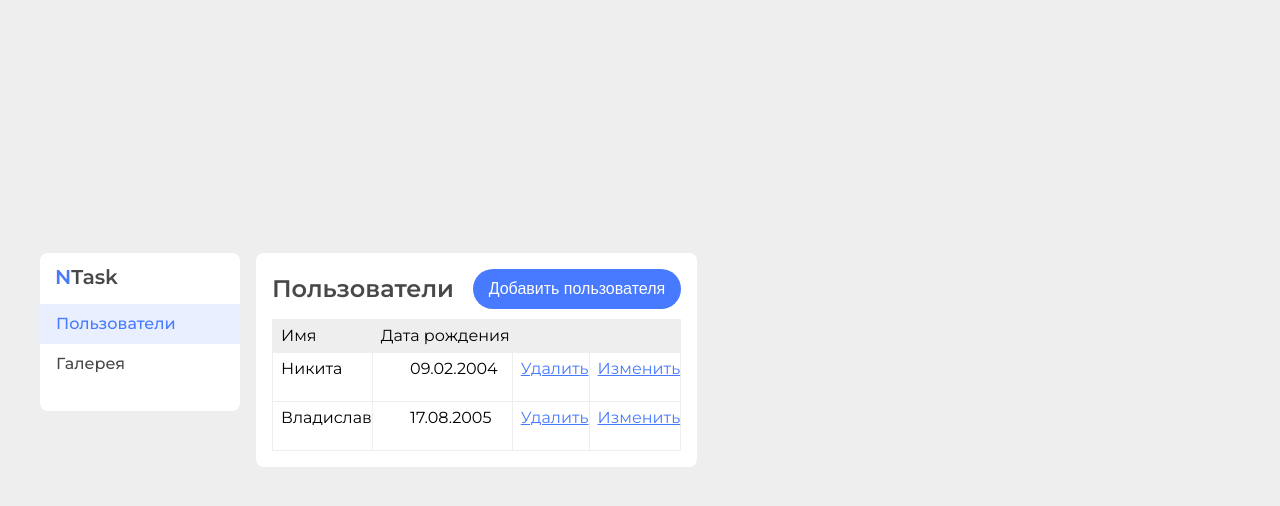
Repository: Grid-Master/NTask
Page: /gallery
An editor plug-in stored every save of this project. The page is shown before and after the next save, followed by the edit.
The browser window is 1280 px wide. The pictures show the whole page.
The project was rebuilt for these pictures with package versions that can differ from the ones it lists, and the page was loaded fresh each time. Also part of the build but not shown: src/components/gallery/gallery.sass, src/components/gallery/Gallery.tsx, src/components/updateUser/updateUser.sass, src/components/updateUser/UpdateUser.tsx.

Above is the page before, as saved 2023-06-09 19:49:00.

### public/index.html
<!DOCTYPE html>
<html lang="en">
  <head>
    <meta charset="utf-8" />
    <link rel="icon" href="%PUBLIC_URL%/favicon.ico" />
    <meta name="viewport" content="width=device-width, initial-scale=1" />
    <meta name="theme-color" content="#000000" />
    <meta name="description" content="Web site created using create-react-app" />
    <link rel="apple-touch-icon" href="%PUBLIC_URL%/logo192.png" />
    <link rel="preconnect" href="https://fonts.googleapis.com" />
    <link rel="preconnect" href="https://fonts.gstatic.com" crossorigin />
    <link
      href="https://fonts.googleapis.com/css2?family=Montserrat:wght@300;400;500;600;700&display=swap"
      rel="stylesheet" />
    <link rel="manifest" href="%PUBLIC_URL%/manifest.json" />
    <title>React App</title>
  </head>
  <body>
    <noscript>You need to enable JavaScript to run this app.</noscript>
    <div id="root"></div>
  </body>
</html>

### src/index.tsx
import React from 'react';
import ReactDOM from 'react-dom/client';
import { Provider } from 'react-redux';
import './index.css';
import App from './App';
import { BrowserRouter } from 'react-router-dom';
import store from './store';

const root = ReactDOM.createRoot(document.getElementById('root') as HTMLElement);
root.render(
  <React.StrictMode>
    <BrowserRouter>
      <Provider store={store}>
        <App />
      </Provider>
    </BrowserRouter>
  </React.StrictMode>,
);

### src/index.css
html, body, div, span, applet, object, iframe,
h1, h2, h3, h4, h5, h6, p, blockquote, pre,
a, abbr, acronym, address, big, cite, code,
del, dfn, em, img, ins, kbd, q, s, samp,
small, strike, strong, sub, sup, tt, var,
b, u, i, center,
dl, dt, dd, ol, ul, li,
fieldset, form, label, legend,
table, caption, tbody, tfoot, thead, tr, th, td,
article, aside, canvas, details, embed,
figure, figcaption, footer, header, hgroup,
menu, nav, output, ruby, section, summary,
time, mark, audio, video {
	margin: 0;
	padding: 0;
	border: 0;
	font-size: 100%;
	font: inherit;
	vertical-align: baseline;
}
/* HTML5 display-role reset for older browsers */
article, aside, details, figcaption, figure,
footer, header, hgroup, menu, nav, section {
	display: block;
}
body {
	line-height: 1;
}
ol, ul {
	list-style: none;
}
blockquote, q {
	quotes: none;
}
blockquote:before, blockquote:after,
q:before, q:after {
	content: '';
	content: none;
}
table {
	border-collapse: collapse;
}
body {
  margin: 0;
  font-family: Montserrat;
  background: #EEEEEE;
;
}
input {
	font-family: Montserrat;
}

#root {
	display: flex;
	align-items: center;
	justify-content: center;
	height: 100vh;
}

code {
  font-family: source-code-pro, Menlo, Monaco, Consolas, 'Courier New',
    monospace;
}

### src/App.tsx
import './App.css';
import { FC, useEffect } from 'react';
import Navbar from './components/navabar/Navbar';
import UserList from './components/userList/UserList';
import { Routes, Route, useNavigate } from 'react-router-dom';
import Gallery from './components/gallery/Gallery';
import UpdateUser from './components/updateUser/UpdateUser';

const App: FC = () => {
  const navigate = useNavigate();
  useEffect(() => {
    navigate('/NTask/users');
  }, []);

  return (
    <div className="App">
      <Navbar />
      <Routes>
        <Route path="/NTask/users" element={<UserList />} />
        <Route path="/NTask/users/:id" element={<UpdateUser />} />
        <Route path="/NTask/gallery" element={<Gallery />} />
        <Route path="*" element={<h1>Error</h1>} />
      </Routes>
    </div>
  );
};

export default App;

### src/store/index.ts
import { configureStore } from '@reduxjs/toolkit';
import usersReducer from './usersSlice';
import galleryReducer from './gallerySlice';

const store = configureStore({
  reducer: { usersReducer, galleryReducer },
});

export default store;

export type RootState = ReturnType<typeof store.getState>;
export type AppDispatch = typeof store.dispatch;

### src/App.css
.App {

  width: 100%;
  display: flex;
  align-items:start;
  gap: 16px;
  max-width: 1200px;
  margin: 0 auto;
}

@media screen and (max-width: 1200px) {
  .App {
    flex-direction: column;
    max-width: 1000px;
  }
}
@media screen and (max-width: 1000px) {
  .App {
    max-width: 600px;
    padding: 16px;
  }
}
@media screen and (max-width: 600px) {
  .App {
    max-width: calc(320px - 32px);
  }
}

### src/components/navabar/Navbar.tsx
import { FC } from 'react';
import './navbar.sass';
import { useNavigate, useLocation } from 'react-router-dom';
const logo = require('../../images/logo.png');

const Navbar: FC = () => {
  const navigate = useNavigate();
  const { pathname } = useLocation();

  return (
    <div className="navbar">
      <div className="navbar__imagecontainer">
        <img src={logo} alt="logo" />
      </div>
      <div
        className={pathname.includes('/users') ? 'navbar__item navbar__active' : 'navbar__item'}
        onClick={() => navigate('/NTask/users')}>
        Пользователи
      </div>
      <div
        className={pathname.includes('/gallery') ? 'navbar__item navbar__active' : 'navbar__item'}
        onClick={() => navigate('/NTask/gallery')}>
        Галерея
      </div>
    </div>
  );
};

export default Navbar;

### src/components/userList/UserList.tsx
import React, { FC } from 'react';
import { useNavigate } from 'react-router-dom';
import './userList.sass';
import { useAppDispatch, useAppSelector } from '../../store/hooks';
import { removeUser } from '../../store/usersSlice';

const UserList: FC = () => {
  const navigate = useNavigate();
  const users = useAppSelector((state) => state.usersReducer.users);
  const dispatch = useAppDispatch();

  const updateHandler = (router: string) => {
    navigate(router);
    window.scrollTo(0, 0);
  };

  const deleteHandler = (id: number) => {
    dispatch(removeUser(id));
  };

  return (
    <div className="userList">
      <div>
        <h1 className="userList__title">Пользователи</h1>
        <button className="userList__addUserBtn" onClick={() => updateHandler('createuser')}>
          Добавить пользователя
        </button>
      </div>
      <table className="userList__table">
        <tr className="userList__table-info">
          <td>Имя</td>
          <td>Дата рождения</td>
          <td></td>
          <td></td>
        </tr>
        {users.map((user) => (
          <tr key={user.id}>
            <td>{user.name}</td>
            <td>&nbsp; &nbsp; &nbsp; &nbsp;{user.date} &nbsp; &nbsp; &nbsp; &nbsp;</td>
            <td className="userList__table-btn" onClick={() => deleteHandler(user.id)}>
              Удалить
            </td>
            <td className="userList__table-btn" onClick={() => updateHandler(`${user.id}`)}>
              Изменить
            </td>
          </tr>
        ))}
      </table>
    </div>
  );
};

export default UserList;

### src/store/usersSlice.ts
import { createSlice, PayloadAction } from '@reduxjs/toolkit';
import { users } from '../data/users';

export interface IUser {
  id: number;
  name: string;
  date: string;
}

const usersSlice = createSlice({
  name: 'users',
  initialState: {
    users: [...users] as IUser[],
  },
  reducers: {
    addUser(state, action: PayloadAction<IUser>) {
      state.users.push(action.payload);
    },
    updateUser(state, action: PayloadAction<IUser>) {
      let updateUser = state.users.find((user) => user.id === action.payload.id);
      if (updateUser) {
        updateUser.name = action.payload.name;
        updateUser.date = action.payload.date;
      }
      state.users = state.users.map((user) => (user.id === updateUser?.id ? updateUser : user));
    },
    removeUser(state, action: PayloadAction<number>) {
      state.users = state.users.filter((user) => user.id !== action.payload);
    },
  },
});

export const { removeUser, updateUser, addUser } = usersSlice.actions;

export default usersSlice.reducer;

### src/store/gallerySlice.ts
import { createSlice, PayloadAction } from '@reduxjs/toolkit';

export interface IPhoto {
  id: number;
  isSelected: boolean;
  file: any;
}

const gallerySlice = createSlice({
  name: 'users',
  initialState: {
    photos: [] as IPhoto[],
  },
  reducers: {
    addPhoto(state, action: PayloadAction<IPhoto>) {
      state.photos.unshift(action.payload);
    },
    pickPhoto(state, action: PayloadAction<number>) {
      const pickedPhoto = state.photos.findIndex((photo) => photo.id === action.payload);
      console.log(pickedPhoto, 'picked');
      if (pickedPhoto !== -1) {
        state.photos[pickedPhoto] = {
          ...state.photos[pickedPhoto],
          isSelected: !state.photos[pickedPhoto].isSelected,
        };
      }
    },
    removePhotos(state) {
      state.photos = state.photos.filter((photo) => !photo.isSelected);
    },
  },
});

export const { addPhoto, pickPhoto, removePhotos } = gallerySlice.actions;

export default gallerySlice.reducer;

### src/components/navabar/navbar.sass
.navbar
    width: 200px
    height: 158px
    background: #FFFFFF
    border-radius: 8px
    &__imagecontainer
        padding: 16px 0
        margin-left: 16px
    &__item
        padding: 8px 16px
        cursor: pointer
        font-weight: 500
        font-size: 16px
        line-height: 150%
        color: #484848
        transition: .3s
        &:hover
            color: #477AFF

    &__active
        background: #E9EFFF
        color: #477AFF

@media screen and (max-width: 600px)
    .navbar
        width: 288px
        height: 158px

### src/components/userList/userList.sass
.userList
    // width: 100%
    background: #FFFFFF
    border-radius: 8px
    padding: 16px
    >div
        display: flex
        align-items: center
        justify-content: space-between
    &__title
        font-weight: 600
        font-size: 24px
        line-height: 150%
        color: #484848
    &__addUserBtn
        font-weight: 500
        font-size: 16px
        line-height: 100%
        color: #FFFFFF
        background: #477AFF
        border-radius: 20px
        padding: 12px 16px
        border: none
        outline: none
        cursor: pointer
        transition: .3s
        &:hover
            opacity: .8
    &__table
        margin-top: 10px
        // width: 952px
        td
            border: 1px solid #EEEEEE
            // width: 238px
            text-align: start
            padding: 8px 0
            padding-left: 8px
        &-btn
            cursor: pointer
            text-decoration-line: underline
            color: #477AFF
            transition: .2s
            text-align: center !important
            &:hover
                opacity: .8
        tr td:nth-child(2)
            width: 131px !important
        // tr:first-child td:first-child
        //     border-radius: 8px 0 0 0
        // tr:first-child td:last-child
        //     border-radius: 0 8px 0 0
        // tr:last-child td:first-child
        //     border-radius: 0 0 8px 0
        // tr:last-child td:last-child
        //     border-radius: 0 0 0 8px //??
        &-info
            background-color: #EEEEEE
            border-radius: 8px !important

@media screen and (max-width: 1200px)
    .userList
        width: calc( 100% - 32px )
@media screen and (max-width: 600px)
    .userList
        &__table
            display: block
            overflow-x: scroll
            &::-webkit-scrollbar
                // width: 4px
                scroll-margin-top: 5px
                height: 4px
                border: 1px solid #d5d5d5
            &::-webkit-scrollbar-track
                border-radius: 0
                background: #eeeeee
            &::-webkit-scrollbar-thumb
                border-radius: 0
                background: #b0b0b0
                cursor: pointer
        >div
            flex-direction: column
            align-items: start
        &__title
            margin-bottom: 10px

### src/store/hooks.ts
import { useDispatch, useSelector, TypedUseSelectorHook } from 'react-redux';
import type { RootState, AppDispatch } from '../store';

export const useAppDispatch = () => useDispatch<AppDispatch>();
export const useAppSelector: TypedUseSelectorHook<RootState> = useSelector;

### src/data/users.ts
import { IUser } from '../store/usersSlice';

export const users: IUser[] = [
  {
    id: 1,
    name: 'Никита',
    date: '09.02.2004',
  },
  {
    id: 2,
    name: 'Владислав',
    date: '17.08.2005',
  },
];

After the next save:
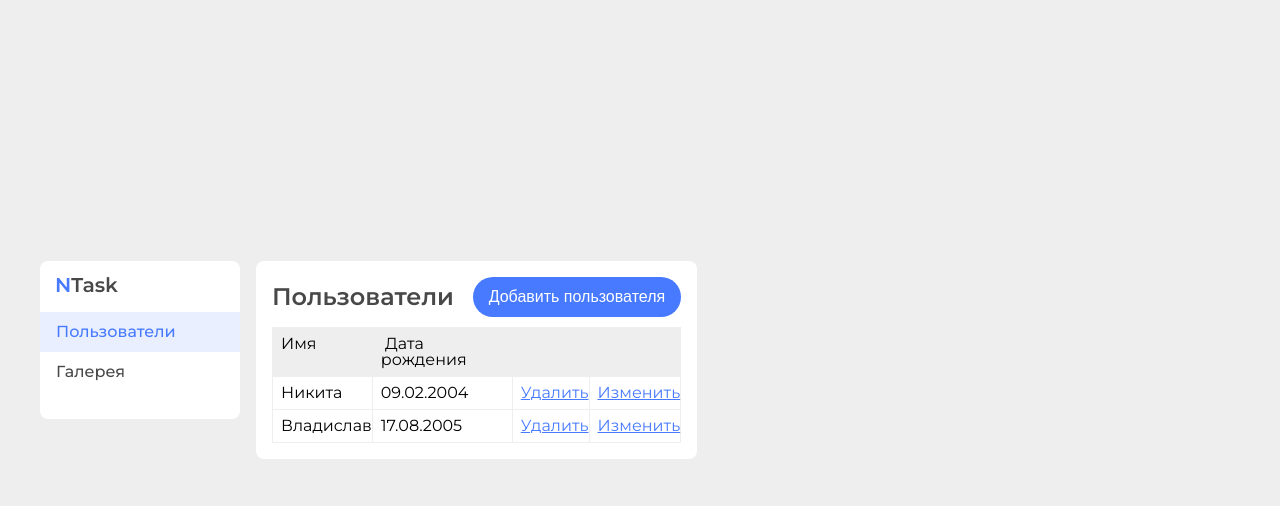
Saved 25 s later.
--- a/src/components/userList/UserList.tsx
+++ b/src/components/userList/UserList.tsx
@@ -29,14 +29,14 @@ const UserList: FC = () => {
       <table className="userList__table">
         <tr className="userList__table-info">
           <td>Имя</td>
-          <td>Дата рождения</td>
+          <td> &nbsp;Дата рождения &nbsp;</td>
           <td></td>
           <td></td>
         </tr>
         {users.map((user) => (
           <tr key={user.id}>
             <td>{user.name}</td>
-            <td>&nbsp; &nbsp; &nbsp; &nbsp;{user.date} &nbsp; &nbsp; &nbsp; &nbsp;</td>
+            <td>{user.date}</td>
             <td className="userList__table-btn" onClick={() => deleteHandler(user.id)}>
               Удалить
             </td>
